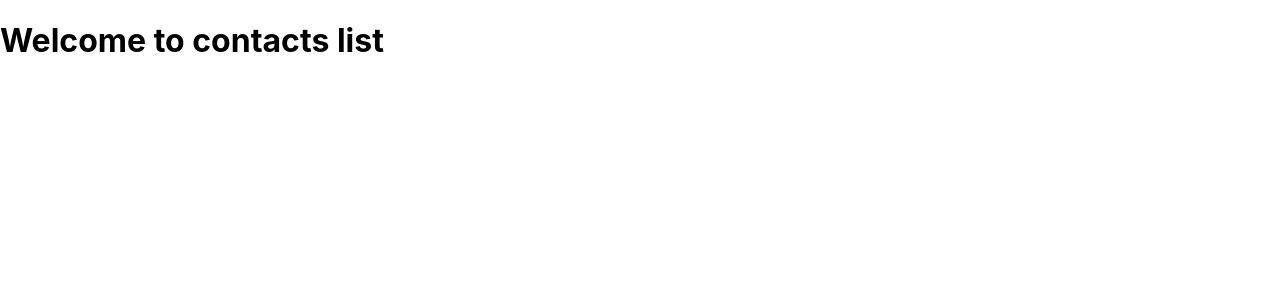
Repository: emorilebo/next-linkedin-training
Page: /contact
The author's editor kept a copy of each file at every save. The page is drawn from the files as they stood at one save, then again after a run of saves.
The browser window is 1280 px wide. The pictures show the whole page.
The project was rebuilt for these pictures with package versions that can differ from the ones it lists, and the page was loaded fresh each time. The framework's server and built-in components were replaced by stand-ins that run in the browser. Also part of the build but not shown: next.config.js.

Above is the page before, as saved 2022-12-26 07:41:27.

### pages/contact/index.js
import React from "react";

export default function ContactsList() {
  return <div>
    <h1>Welcome to contacts list</h1>

  </div>;
}

Loaded but not shown: pages/_app.js (common file); styles/globals.css (common file)

After the next 3 saves:
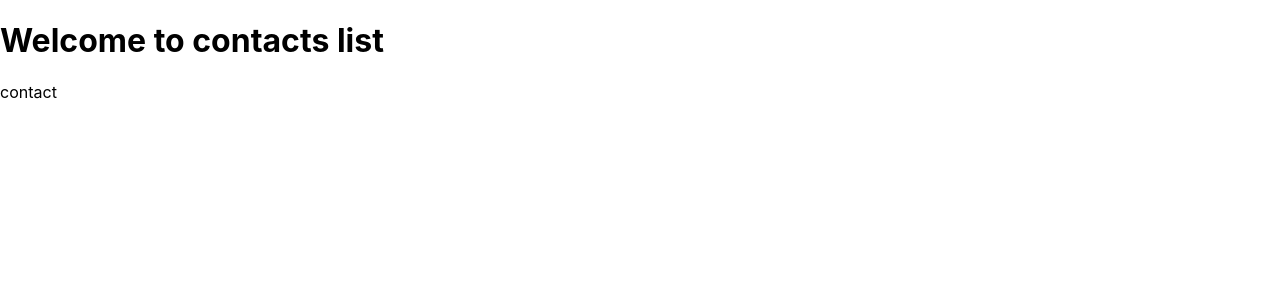
The 3 saves are shown as one change because they came seconds apart.
The last was saved 33 s later.
--- a/pages/contact/index.js
+++ b/pages/contact/index.js
@@ -3,6 +3,6 @@
 export default function ContactsList() {
   return <div>
     <h1>Welcome to contacts list</h1>
-
+    <div>contact</div>
   </div>;
 }

After the save that followed:
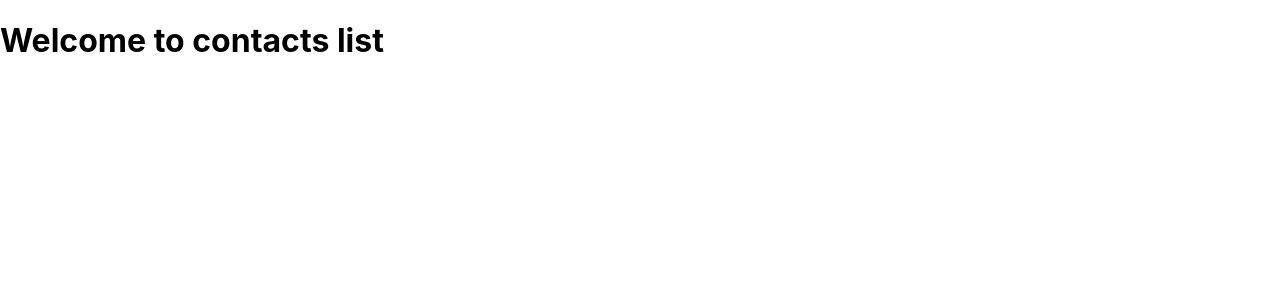
Saved 9 s later.
--- a/pages/contact/index.js
+++ b/pages/contact/index.js
@@ -3,6 +3,6 @@
 export default function ContactsList() {
   return <div>
     <h1>Welcome to contacts list</h1>
-    <div>contact</div>
+    <div></div>
   </div>;
 }
